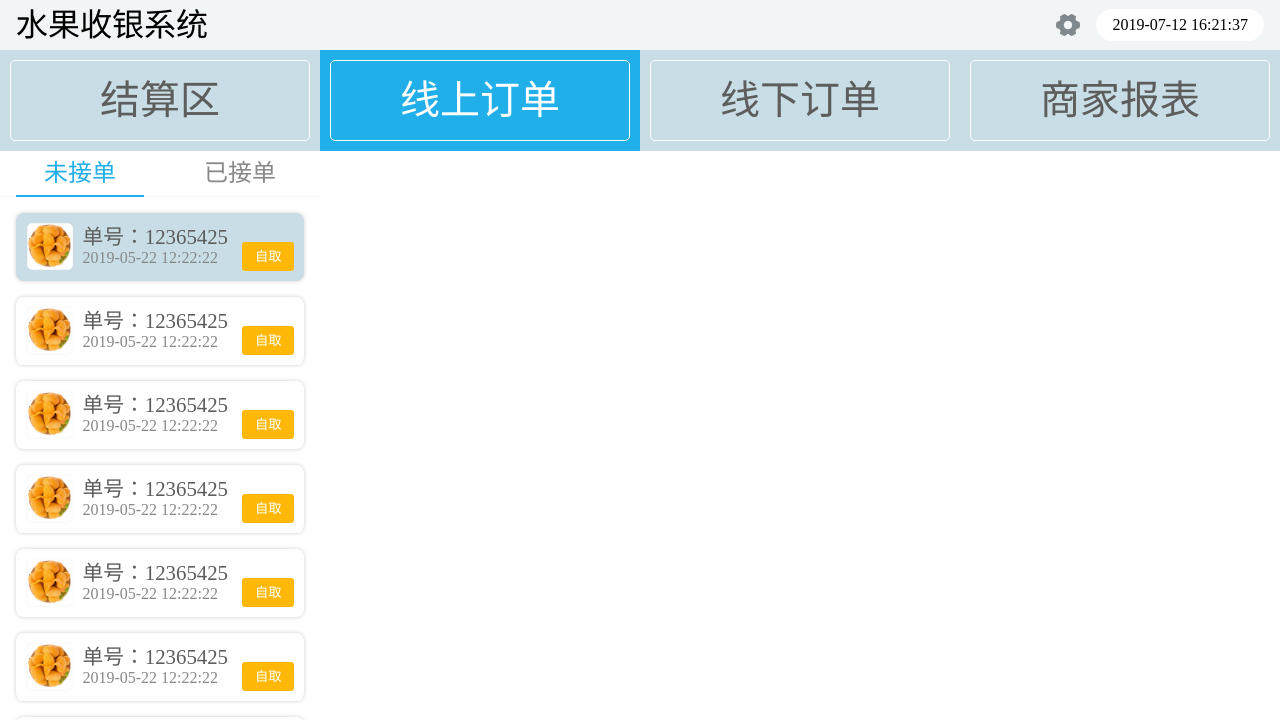
Repository: missing-star/fruit
Page: index.html
An editor plug-in stored every save of this project. The page is shown before and after the next save, followed by the edit.
The browser window is 1280 px wide. The pictures show the whole page.

Above is the page before, as saved 2019-07-12 16:44:00.

After the next save:
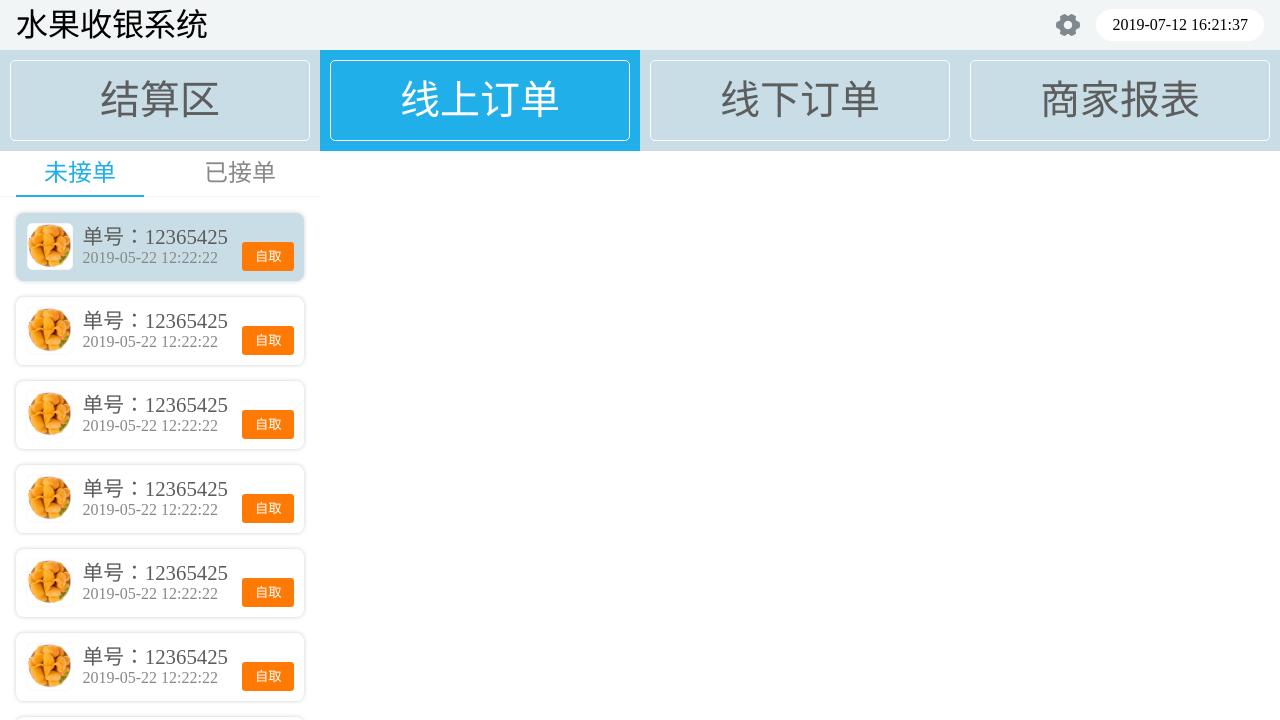
Saved 11 s later.
--- a/index.html
+++ b/index.html
@@ -110,7 +110,7 @@
                                 <p class="order-number">单号：12365425</p>
                                 <p class="order-date">2019-05-22 12:22:22</p>
                             </div>
-                            <button class="post-way self">自取</button>
+                            <button class="post-way post">自取</button>
                         </li>
                     </ul>
                     <ul v-show="onlineCurrentIndex == 1" class="accept-wrapper">

After the save that followed:
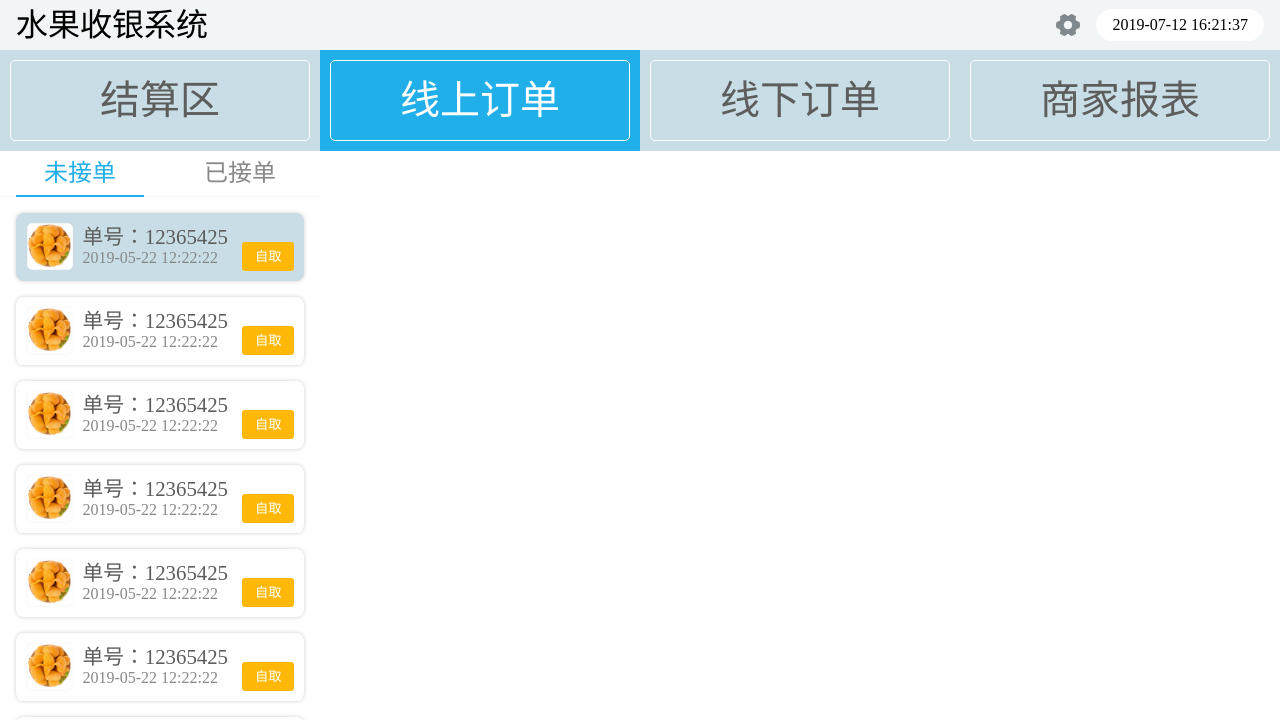
Saved 4 s later.
--- a/index.html
+++ b/index.html
@@ -110,7 +110,7 @@
                                 <p class="order-number">单号：12365425</p>
                                 <p class="order-date">2019-05-22 12:22:22</p>
                             </div>
-                            <button class="post-way post">自取</button>
+                            <button class="post-way self">自取</button>
                         </li>
                     </ul>
                     <ul v-show="onlineCurrentIndex == 1" class="accept-wrapper">
